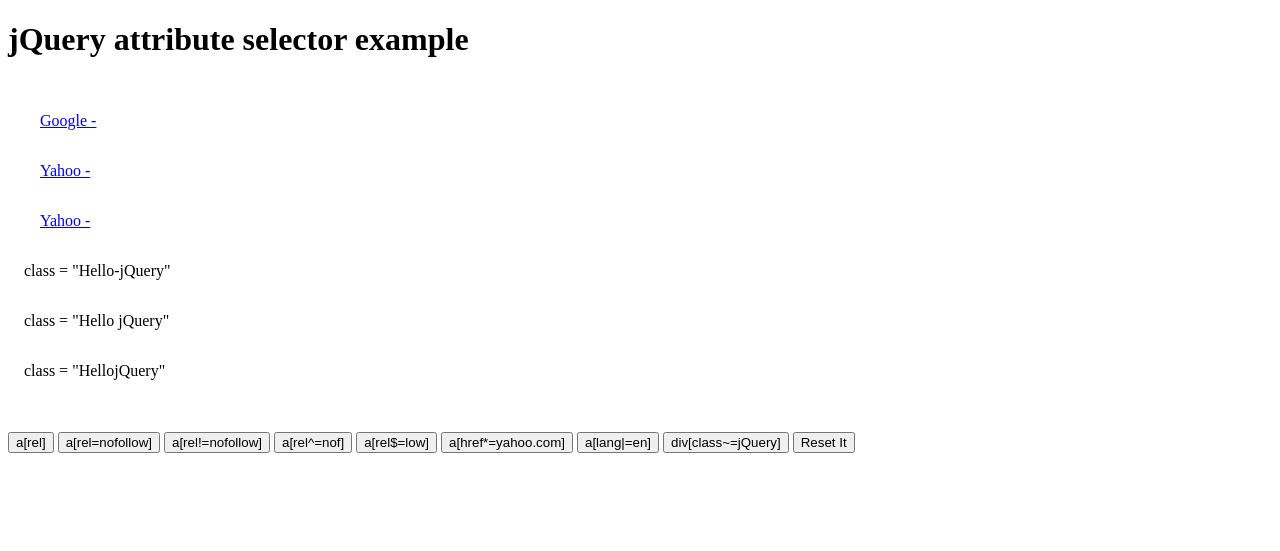
Repository: sudheerj/jQuery
Page: jQueryExamples/chapter02/AttributeSelectors.html
These files come from the project's save history. The page is drawn as it stood at one moment and after the next save; the edit follows.
The browser window is 1280 px wide. The pictures show the whole page.

Above is the page before, as saved 2016-10-21 02:34:34.

### jQueryExamples/chapter02/AttributeSelectors.html
<!DOCTYPE html>
<head>
	<title>jQuery Get Tag Name</title>
	<script type="text/javascript" src="..\jquery\jquery-3.1.1.min.js"></script>

<style type="text/css">
	div, a{
		padding:16px;
	}

	#msg{
		padding:8px;
		hright:100px;
	}
</style>
</head>

<body>

<h1>jQuery attribute selector example</h1>

<div id="msg"></div>

<div>
    <a rel="nofollow" href="http://www.google.com" lang="en-US">
    Google - <a rel="nofollow" href="http://www.google.com" lang="en-US">
    </a>
</div>

<div>
    <a href="http://www.yahoo.com" lang="en">
     Yahoo - <a href="http://www.yahoo.com" lang="en" >
    </a>
</div>

<div>
    <a href="http://www.abc-yahoo.com" lang="-en">
     Yahoo - <a href="http://www.abc-yahoo.com" lang="-en">
    </a>
</div>

<div class="Hello-jQuery">
	class = "Hello-jQuery"
</div>

<div class="Hello jQuery">
	class = "Hello jQuery"
</div>

<div class="HellojQuery">
	class = "HellojQuery"
</div>

<br/><br/>
<button>a[rel]</button>
<button>a[rel=nofollow]</button>
<button>a[rel!=nofollow]</button>
<button>a[rel^=nof]</button>
<button>a[rel$=low]</button>

<button>a[href*=yahoo.com]</button>
<button>a[lang|=en]</button>
<button>div[class~=jQuery]</button>

<button id="reset">Reset It</button>

<script type="text/javascript">
    $("button").click(function () {

	  var str = $(this).text();
	  $('a').css("border", "0px solid #000000");
	  $(str).css("border", "1px solid #ff0000");
	  $('#msg').html("<h2>Attribute Selector : " + str + "</h2>");
    });

	$("#reset").click(function () {
      location.reload();
    });

</script>


</body>
</html>

Loaded but not shown: jQueryExamples/jquery/jquery-3.1.1.min.js (library)

After the next save:
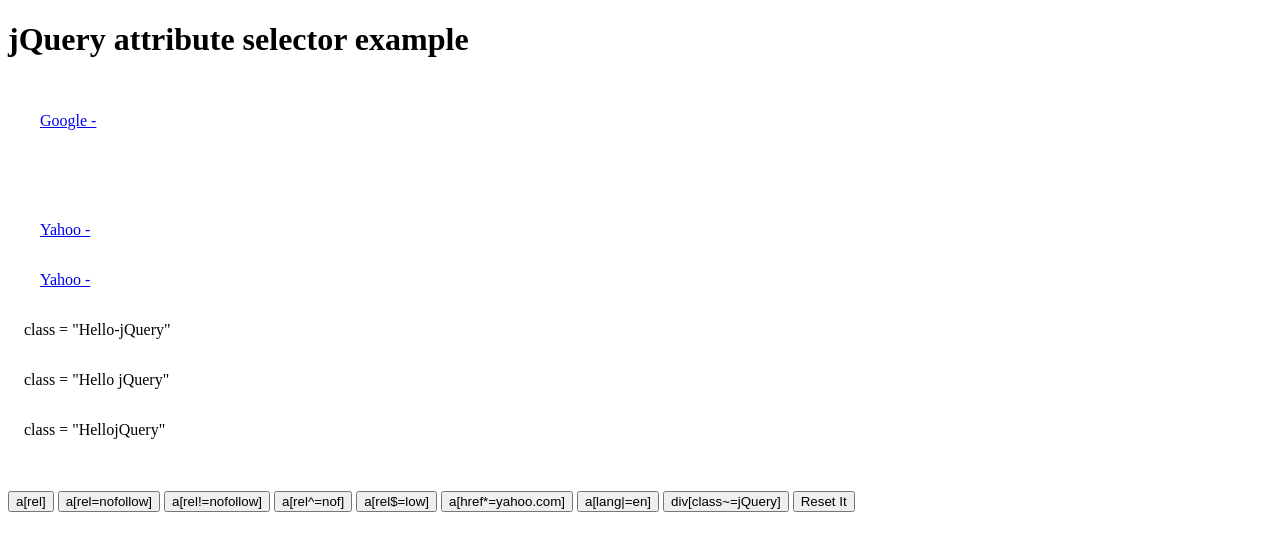
Saved 2 min 6 s later.
--- a/jQueryExamples/chapter02/AttributeSelectors.html
+++ b/jQueryExamples/chapter02/AttributeSelectors.html
@@ -23,7 +23,7 @@
 
 <div>
     <a rel="nofollow" href="http://www.google.com" lang="en-US">
-    Google - <a rel="nofollow" href="http://www.google.com" lang="en-US">
+    Google - <pre><a rel="nofollow" href="http://www.google.com" lang="en-US"></pre>
     </a>
 </div>
 

After the save that followed:
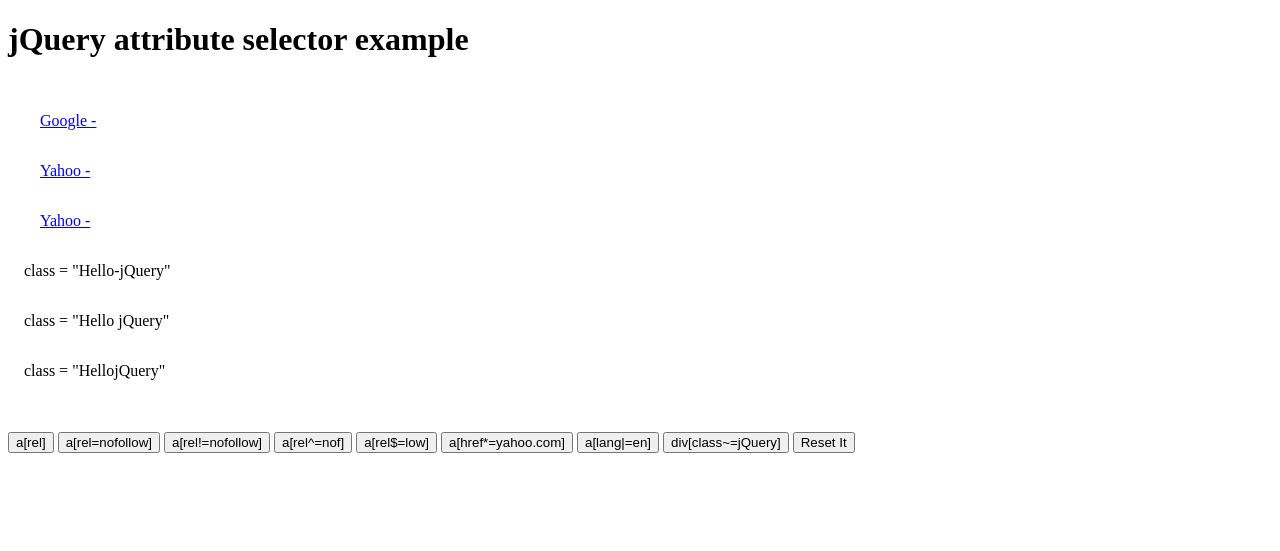
Saved 21 s later.
--- a/jQueryExamples/chapter02/AttributeSelectors.html
+++ b/jQueryExamples/chapter02/AttributeSelectors.html
@@ -23,7 +23,7 @@
 
 <div>
     <a rel="nofollow" href="http://www.google.com" lang="en-US">
-    Google - <pre><a rel="nofollow" href="http://www.google.com" lang="en-US"></pre>
+    Google - <a rel="nofollow" href="http://www.google.com" lang="en-US">
     </a>
 </div>
 
